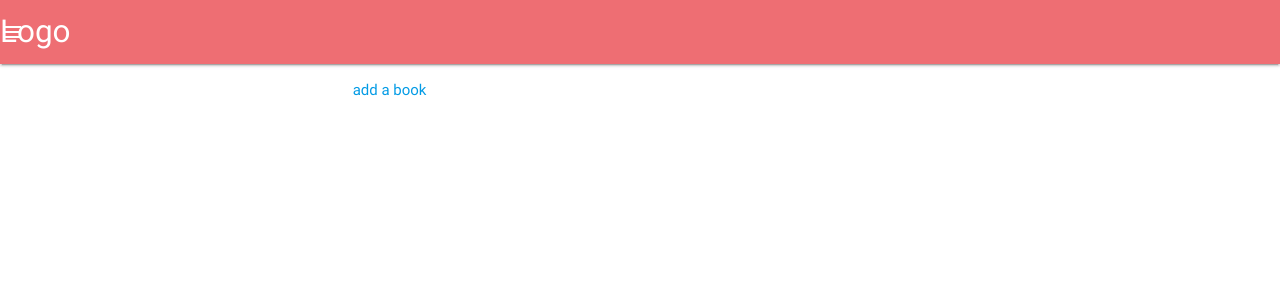
Repository: h8130084/bookReview
Page: http://localhost/
The author's editor kept a record of every edit. The page is drawn from the files as they stood at one moment, then again after the next edit.
The browser window is 1280 px wide. The pictures show the whole page.
Some web libraries are served in a nearby version. The page is served by the project's application, run on Flask 3 (app.py). Queries for data that is not in the repository find no rows.

Above is the page before.
Console error: ReferenceError: M is not defined

After the next edit:
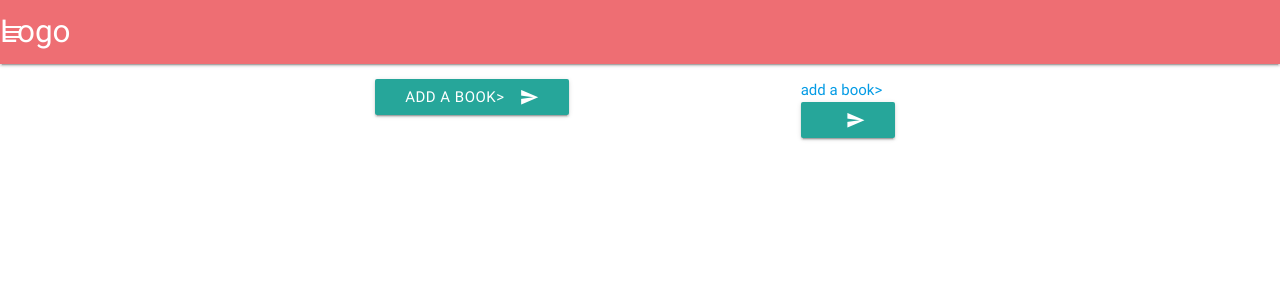
The edit:
--- a/templates/books.html
+++ b/templates/books.html
@@ -18,7 +18,17 @@
         {% endfor %}
     </ul>
 
-    <a href="{{url_for('add_book')}}"> add a book</a>
+
+     <div class="row col s6">
+        <form action="{{url_for('add_book')}}" class="col s12">
+            <button class="btn waves-effect waves-light" type="submit" name="action">add a book>
+                <i class="material-icons right">send</i>
+            </button>
+        </form>
+    </div>
+   <a href="{{url_for('add_book')}}"> add a book><button class="btn waves-effect waves-light">  </a>
+   <i class="material-icons right">send</i>
+   </button>
 </div>
 
 {% endblock %}
